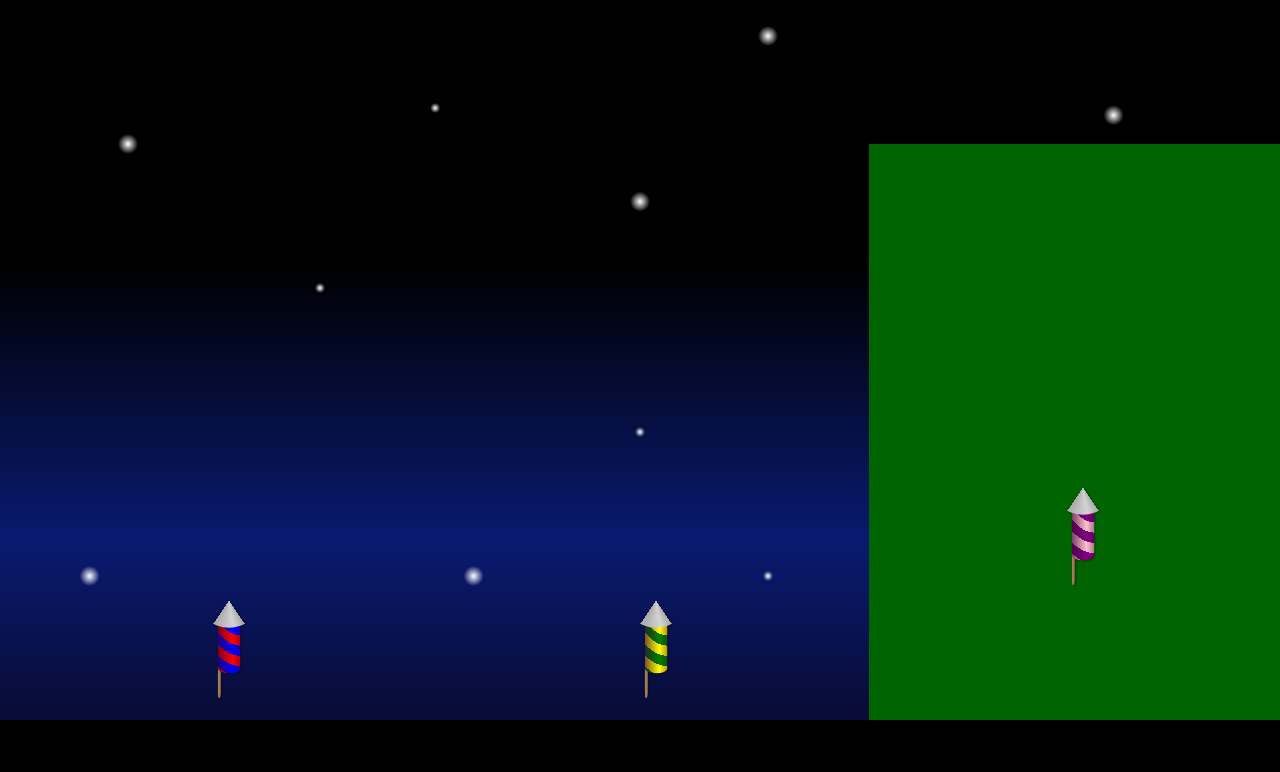
Repository: juliandecloe/CSS-To-The-Rescue---Julian-de-Cloe
Page: index.html
The author's editor kept a copy of each file at every save. The page is drawn from the files as they stood at one save, then again after the next save.
The browser window is 1280 px wide. The pictures show the whole page.

Above is the page before, as saved 2022-03-10 17:33:16.

### index.html
<!DOCTYPE html>
<html lang="en">
	<head>
		<meta charset="UTF-8">
		<meta name="viewport" content="width=device-width, initial-scale=1.0">
		<title>The Anticlimax Fireworkshow!</title>
		<link rel="stylesheet" href="style.css">
	</head>
	<body>
		<input id="left" type="checkbox">
		<input id="middle" type="checkbox">
		<input id="right" type="checkbox">
		<main>
			<section>
				<label for="left">
					<figure></figure>
					<figure></figure>
					<figure></figure>
				</label>
				<ul>
					<li>
						<ul>
							<li></li>
							<li></li>
							<li></li>
							<li></li>
							<li></li>
						</ul>
					</li>
					<li>
						<ul>
							<li></li>
							<li></li>
							<li></li>
							<li></li>
							<li></li>
						</ul>
					</li>
					<li>
						<ul>
							<li></li>
							<li></li>
							<li></li>
							<li></li>
							<li></li>
						</ul>
					</li>
					<li>
						<ul>
							<li></li>
							<li></li>
							<li></li>
							<li></li>
							<li></li>
						</ul>
					</li>
					<li>
						<ul>
							<li></li>
							<li></li>
							<li></li>
							<li></li>
							<li></li>
						</ul>
					</li>
					<li>
						<ul>
							<li></li>
							<li></li>
							<li></li>
							<li></li>
							<li></li>
						</ul>
					</li>
					<li>
						<ul>
							<li></li>
							<li></li>
							<li></li>
							<li></li>
							<li></li>
						</ul>
					</li>
					<li>
						<ul>
							<li></li>
							<li></li>
							<li></li>
							<li></li>
							<li></li>
						</ul>
					</li>
					<li>
						<ul>
							<li></li>
							<li></li>
							<li></li>
							<li></li>
							<li></li>
						</ul>
					</li>
					<li>
						<ul>
							<li></li>
							<li></li>
							<li></li>
							<li></li>
							<li></li>
						</ul>
					</li>
					<li>
						<ul>
							<li></li>
							<li></li>
							<li></li>
							<li></li>
							<li></li>
						</ul>
					</li>
					<li>
						<ul>
							<li></li>
							<li></li>
							<li></li>
							<li></li>
							<li></li>
						</ul>
					</li>
				</ul>
			</section>
			<section>
				<label for="middle">
					<figure></figure>
					<figure></figure>
					<figure></figure>
				</label>
				<ul>
					<li>
						<ul>
							<li></li>
							<li></li>
							<li></li>
							<li></li>
							<li></li>
						</ul>
					</li>
					<li>
						<ul>
							<li></li>
							<li></li>
							<li></li>
							<li></li>
							<li></li>
						</ul>
					</li>
					<li>
						<ul>
							<li></li>
							<li></li>
							<li></li>
							<li></li>
							<li></li>
						</ul>
					</li>
					<li>
						<ul>
							<li></li>
							<li></li>
							<li></li>
							<li></li>
							<li></li>
						</ul>
					</li>
					<li>
						<ul>
							<li></li>
							<li></li>
							<li></li>
							<li></li>
							<li></li>
						</ul>
					</li>
					<li>
						<ul>
							<li></li>
							<li></li>
							<li></li>
							<li></li>
							<li></li>
						</ul>
					</li>
					<li>
						<ul>
							<li></li>
							<li></li>
							<li></li>
							<li></li>
							<li></li>
						</ul>
					</li>
					<li>
						<ul>
							<li></li>
							<li></li>
							<li></li>
							<li></li>
							<li></li>
						</ul>
					</li>
					<li>
						<ul>
							<li></li>
							<li></li>
							<li></li>
							<li></li>
							<li></li>
						</ul>
					</li>
					<li>
						<ul>
							<li></li>
							<li></li>
							<li></li>
							<li></li>
							<li></li>
						</ul>
					</li>
					<li>
						<ul>
							<li></li>
							<li></li>
							<li></li>
							<li></li>
							<li></li>
						</ul>
					</li>
					<li>
						<ul>
							<li></li>
							<li></li>
							<li></li>
							<li></li>
							<li></li>
						</ul>
					</li>
				</ul>
			</section>
			<section>
				<label for="right">
					<figure></figure>
					<figure></figure>
					<figure></figure>
				</label>
				<ul>
					<li></li>
					<li></li>
					<li></li>
					<li></li>
					<li></li>
					<li></li>
					<li></li>
				</ul>
			</section>
		</main>
	</body>
</html>

### style.css
/*========== GENERAL ==========*/

:root * {
	--hoekVar: calc(360deg / 12);
	--rotate: rotate(calc( var(--hoekVar) * var(--index) ));
	--hoekVar2: calc(360deg / 5);
	--rotate2: rotate(calc( var(--hoekVar2) * var(--index2) ));
	--star1: 5px;
	--star2: 3px;
}

@property --star1 {
	syntax: '<length>';
	inherits: false;
	initial-value: 0px;
}

@property --star2 {
	syntax: '<length>';
	inherits: false;
	initial-value: 0px;
}

* {
	padding: 0;
	margin: 0;
}

body, html {
	overflow: hidden;
}

html {
	background: linear-gradient(0deg, rgba(9,11,52,1) 0%, rgba(9,26,112,1) 25%, rgba(0,0,0,1) 64%, rgba(0,0,0,1) 100%);
}

@keyframes stars {
	0% {
		--star1: 5px;
	}
	100% {
		--star1: 10px;
	}
}

@keyframes stars2 {
	0% {
		--star2: 3px;
	}
	100% {
		--star2: 6px;
	}
}

body {
	background-position: center;
	background-image:
	radial-gradient(
		circle at
			10%
			20%,
		white,
		transparent var(--star1)
	),
	radial-gradient(
		circle at
			34%
			15%,
		white,
		transparent var(--star2)
	),
	radial-gradient(
		circle at
			50%
			60%,
		white,
		transparent var(--star2)
	),
	radial-gradient(
		circle at
			60%
			80%,
		white,
		transparent var(--star2)
	),
	radial-gradient(
		circle at
			25%
			40%,
		white,
		transparent var(--star2)
	),
	radial-gradient(
		circle at
			7%
			80%,
		white,
		transparent var(--star1)
	),
	radial-gradient(
		circle at
			87%
			16%,
		white,
		transparent var(--star1)
	),
	radial-gradient(
		circle at
			76%
			79%,
		white,
		transparent var(--star2)
	),
	radial-gradient(
		circle at
			90%
			90%,
		white,
		transparent var(--star1)
	),
	radial-gradient(
		circle at
			60%
			5%,
		white,
		transparent var(--star1)
	),
	radial-gradient(
		circle at
			72%
			32%,
		white,
		transparent var(--star2)
	),
	radial-gradient(
		circle at
			50%
			28%,
		white,
		transparent var(--star1)
	),
	radial-gradient(
		circle at
			37%
			80%,
		white,
		transparent var(--star1)
	),
	radial-gradient(
		circle at
			82%
			54%,
		white,
		transparent var(--star2)
	);
	animation:
	stars 1s linear alternate infinite,
	stars2 1.5s linear alternate infinite;
}

@media (prefers-reduced-motion) {
	body {
		animation-name: dissolve;
	}
}

main {
	display: flex;
	justify-content: center;
	align-items: end;
	width: 100vw;
	height: 100vh;
	padding-left: 1rem;
}

@media (max-width: 630px) {
	main {
		transform: scale(.5) translateY(50vh);
	}
}

section {
	display: grid;
	place-items: center;
	transition: 1s ease-out;
	width: 50vw;
}

@media (max-width: 630px) {
	section {
		width: 80vw;
	}
}

input {
	display: none;
}

/*========== FIRE ROCKET ==========*/

/*===== GENERAL =====*/

label {
	transform: scale(.3) translateY(50vh);
	z-index: 5;
	height: 350px;
	width: 120px;
	filter: drop-shadow(2px 2px 4px rgb(0,0,0,0.5));
	transition: 1s;
	cursor: pointer;
	animation: 1s
}

@media (max-width: 630px) {
	label {
		transform: scale(.5);
	}
}

section label > figure:first-child {
	border-radius: 50%;
	position: absolute;
	left: calc(50% - 55px);
	width: 110px;
	height: 130px;
	z-index: 3;
	clip-path: ellipse(90% 70% at center top);
	background-image:
		conic-gradient(
		at center top,
		transparent 146deg,
		darkgray 146deg,
		lightgray 170deg,
		darkgray 214deg,
		transparent 214deg
	);
}

section label figure:nth-child(2) {
	position: absolute;
	top: 83px;
	left: calc(50% - 37.5px);
	width: 75px;
	height: 160px;
	z-index: 2;
	background-size: 100% 100%, 600% 600%;
	background-position:left top, 40% -30%;
	border-radius: 0 0 50% 50% / 0 0 1em 1em;
}

section label > figure:nth-child(3) {
	position: absolute;
	background: #BA8C63;
	top: 220px;
	left: calc(50% - 37.5px);
	width: 10px;
	height: 110px;
	z-index: 1;
	box-shadow: inset -2px 0 8px rgb(0,0,0,0.5);
	clip-path: ellipse(10px 95px at 50% 10%);
}


/*===== COLOR ARROWS =====*/

section:first-child label figure:nth-child(2) {
	background-image:
		linear-gradient(
			to right,
			#303a 0%,
			transparent 65%,
			#3036 100%
		),
		repeating-radial-gradient(
			red 0 1em,
			blue 1em 2em
	);
}

section:nth-child(2) label figure:nth-child(2) {
	background-image:
		linear-gradient(
			to right,
			#303a 0%,
			transparent 65%,
			#3036 100%
		),
		repeating-radial-gradient(
			green 0 1em,
			yellow 1em 2em
		);
}

section:last-child label figure:nth-child(2) {
	background-image:
		linear-gradient(
			to right,
			#303a 0%,
			transparent 65%,
			#3036 100%
		),
		repeating-radial-gradient(
			pink 0 1em,
			purple 1em 2em
		);
}


/*========== FIRE WORK ==========*/

/*===== LAYER 1 =====*/

section > ul {
	list-style-type: none;
	position: absolute;
	width: 1rem;
	height: 1rem;
	display: grid;
	place-items: center;
	/* background-color: #ff4; */
}

section > ul > li {
	position: absolute;
	top: 50%;
	width: 40%;
	height: 1200%;
	transform-origin: center top;
	transform: var(--rotate);
	transition: .3s ease-out;
	transition-delay: 1s;
	display: flex;
	/* background-color: #f004; */
}

section:nth-child(2) > ul > li {
	position: absolute;
	top: 50%;
	width: 40%;
	height: 1200%;
	transform-origin: center top;
	transform: var(--rotate);
	transition: .3s ease-out;
	transition-delay: 1s;
	display: flex;
	/* background-color: #f004; */
}

section > ul > li::after {
	content: "";
	display: block;
	width: 100%;
	height: 50%;
	transition: .2s ease-out;
	transform-origin: center top;
	transform: scaleY(0);
	position: absolute;
}

/* Color */

section:first-child > ul > li::after {
	background-color: blue;
}

section:nth-child(2) > ul > li::after {
	background-color: green;
}

section:last-child > ul li::after {
	background-color: pink;
}


/*===== LAYER 2 =====*/

section > ul > li ul {
	list-style-type: none;
	position: relative;
	width: .5em;
	aspect-ratio: 1/1;
	align-self: end;
	display: grid;
	place-items: center;
	/* background-color: #f088; */
}

section:first-child > ul > li li {
	position: absolute;
	top: 50%;
	width: 25%;
	aspect-ratio: 1/8;
	background-color: #f00;
	transform-origin: center top;
	transform: var(--rotate2) scaleY(0);
	transition: .3s ease-out;
	transition-delay: 1.8s;
}

section:nth-child(2) > ul > li li {
	position: absolute;
	width: 30%;
	height: 1200%;
	background-color: yellow;
	transform-origin: center;
	transform: var(--rotate2) scaleY(1);
	transition: .5s ease-out;
	transition-delay: 1.5s;
	visibility: hidden;
}


/*========== INTERACTION ==========*/

/*===== GENERAL =====*/

section > ul > li:nth-of-type(1) { --index:1; }
section > ul > li:nth-of-type(2) { --index:2; }
section > ul > li:nth-of-type(3) { --index:3; }
section > ul > li:nth-of-type(4) { --index:4; }
section > ul > li:nth-of-type(5) { --index:5; }
section > ul > li:nth-of-type(6) { --index:6; }
section > ul > li:nth-of-type(7) { --index:7; }
section > ul > li:nth-of-type(8) { --index:8; }
section > ul > li:nth-of-type(9) { --index:9; }
section > ul > li:nth-of-type(10) { --index:10; }
section > ul > li:nth-of-type(11) { --index:11; }
section > ul > li:nth-of-type(12) { --index:12; }

ul > li li:nth-of-type(1) { --index2:1; }
ul > li li:nth-of-type(2) { --index2:2; }
ul > li li:nth-of-type(3) { --index2:3; }
ul > li li:nth-of-type(4) { --index2:4; }
ul > li li:nth-of-type(5) { --index2:5; }

/* Rocket */

input:first-child[type="checkbox"]:checked ~ main section:first-child, input:nth-child(2)[type="checkbox"]:checked ~ main section:nth-child(2) {
	transform: translateY(-50vh);
}

@media (max-width: 630px) {
	input:first-child[type="checkbox"]:checked ~ main section:first-child, input:nth-child(2)[type="checkbox"]:checked ~ main section:nth-child(2) {
		transform: translateY(-90vh);
	}
}

input:first-child[type="checkbox"]:checked ~ main section:first-child label, input:nth-child(2)[type="checkbox"]:checked ~ main section:nth-child(2) label {
	transform: scale(.5, .3);
	animation: explode 1s 1s ease-in forwards;
}

/* Explode 1 */

input:first-child[type="checkbox"]:checked ~ main section:first-child > ul > li, input:nth-child(2)[type="checkbox"]:checked ~ main section:nth-child(2) > ul > li {
	transform: var(--rotate) translateY(2em);
}

input:first-child[type="checkbox"]:checked ~ main section:first-child > ul > li::after, input:nth-child(2)[type="checkbox"]:checked ~ main section:nth-child(2) > ul > li::after {
	animation: after .3s 1s ease-out forwards;
}


/*===== ARROW 1 =====*/

input:first-child[type="checkbox"]:checked ~ main section:first-child > ul > li li {
	animation: lili .3s 1.5s ease-out forwards;
}

/*===== ARROW 2 =====*/

input:nth-child(2)[type="checkbox"]:checked ~ main section:nth-child(2) > ul > li li {
	visibility: visible;
	transform: var(--turn) scaleY(6) translateY(2em);
	opacity: 0;
}

/*===== ARROW 3 =====*/

input:nth-child(3)[type="checkbox"]:checked ~ main section:last-child {
	transform: translateY(-50vh);
}

input:nth-child(3)[type="checkbox"]:checked ~ main article label {
	animation: huge .8s 1s ease-out forwards;
}

/*========== ANIMATIONS ==========*/

@keyframes huge {
	0% {
		transform: scaleY(0);
	}
	99% {
		transform: translateY(200%) scaleY(0);
		opacity: 0;
	}
	100% {
		transform: translateY(0) scaleY(0);
		opacity: 1;
	}
}

@keyframes explode {
	0% {
		visibility: hidden;
	}
	99% {
		visibility: hidden;
	}
	100% {
		transform: translateY(65vh) scale(.3);
		visibility: visible;
	}
}

@keyframes after {
	0% {
		transform: scaleY(0);
	}
	33% {
		transform: scaleY(1) ;
	}
	67% {
		transform: translateY(100%) scaleY(1) ;
	}
	99% {
		transform: translateY(200%) scaleY(0) ;
	}
	100% {
		transform: translateY(0) scaleY(0) ;
	}
}

@keyframes lili {
	0% {
		transform: var(--rotate2) translateY(0) scaleY(0);
	}
	50% {
		transform: var(--rotate2) translateY(0) scaleY(3);
	}
	99% {
		transform: var(--rotate2) translateY(400%) scaleY(0);
	}
	100% {
		transform: var(--rotate2) translateY(0) scaleY(0);
	}
}



/*========== CLOUDS ==========*/

section:last-child li:nth-of-type(1) { --index3:1; }
section:last-child li:nth-of-type(2) { --index3:2; }
section:last-child li:nth-of-type(3) { --index3:3; }
section:last-child li:nth-of-type(4) { --index3:4; }
section:last-child li:nth-of-type(5) { --index3:5; }
section:last-child li:nth-of-type(6) { --index3:6; }
section:last-child li:nth-of-type(7) { --index3:7; }

section:last-child {
	top: 10vh;
	background-color: darkgreen;
	width: 50vw;
	height: 80vh;
}

article ul {
	position: relative;
	list-style-type: none;
	width: 5rem;
	aspect-ratio: 1/1;
	display: grid;
	place-items: center;
	background: white;
	border-radius: 50%;
}

article li {
	--hoekVar3: calc(360deg / 7);
	--rotate3: rotate(calc( var(--hoekVar3) * var(--index3) ));
	position: absolute;
	top: 50%;
	border-radius: 50%;
	background-color: white !important;
	width: 5rem;
	height: 5rem;
	/* border: 1px solid black; */
	transform-origin: center top;
	transform: var(--rotate3) translateY(1rem);
}

/* article li:first-child {
	top: 5px;
	left: 100px;
}

article li:nth-child(2) {
	top: 100px;
	left: 10px;
}

article li:nth-child(3) {
	top: 5px;
	left: 50px;
}

article li:nth-child(4) {
	top: 20px;
	left: 80px;
}

article li:nth-child(5) {
	top: 120px;
	left: 65px;
}

article li:nth-child(6) {
	top: 45px;
	left: 60px;
}

article li:last-child {
	top: 80px;
	left: 100px;
} */

After the next save:
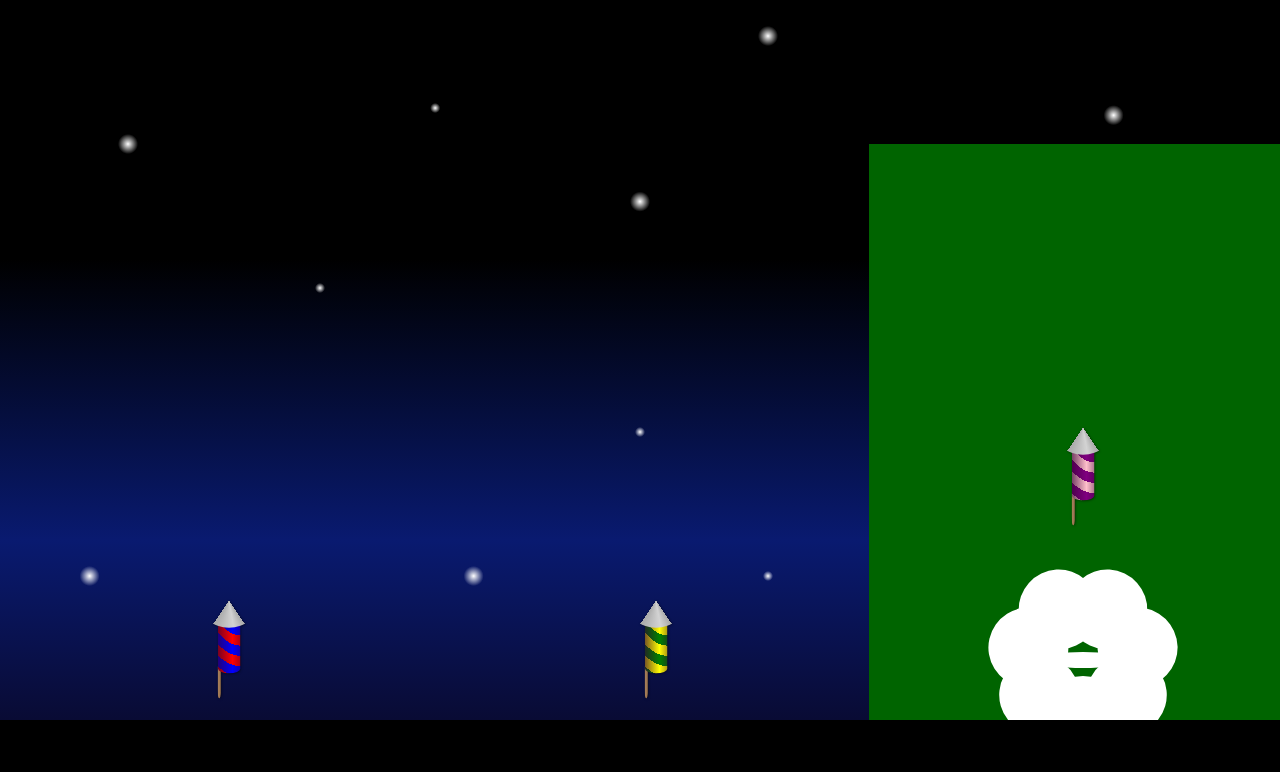
Saved 12 s later.
--- a/style.css
+++ b/style.css
@@ -566,7 +566,7 @@ section:last-child {
 	height: 80vh;
 }
 
-article ul {
+section:last-child ul {
 	position: relative;
 	list-style-type: none;
 	width: 5rem;
@@ -577,7 +577,7 @@ article ul {
 	border-radius: 50%;
 }
 
-article li {
+section:last-child li {
 	--hoekVar3: calc(360deg / 7);
 	--rotate3: rotate(calc( var(--hoekVar3) * var(--index3) ));
 	position: absolute;
